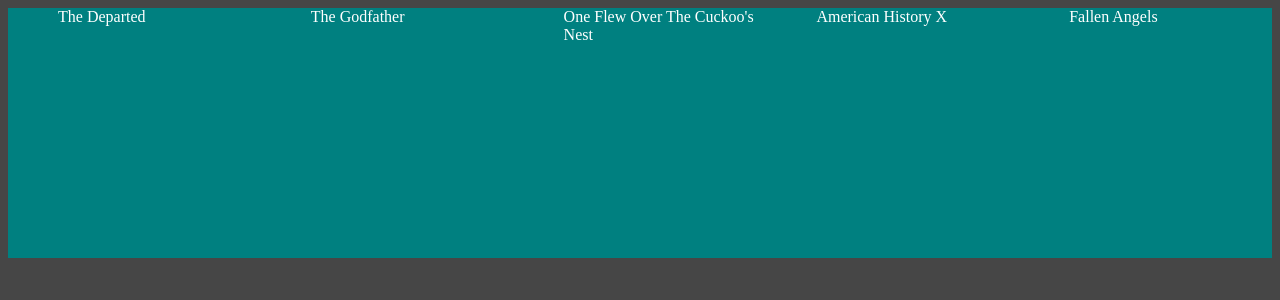
Repository: nishit47/merofilmrecs
Page: web_dev/tiles.html
These files come from the project's save history. The page is drawn as it stood at one moment and after the next save; the edit follows.
The browser window is 1280 px wide. The pictures show the whole page.

Above is the page before, as saved 2021-10-06 15:06:06.

After the next save:
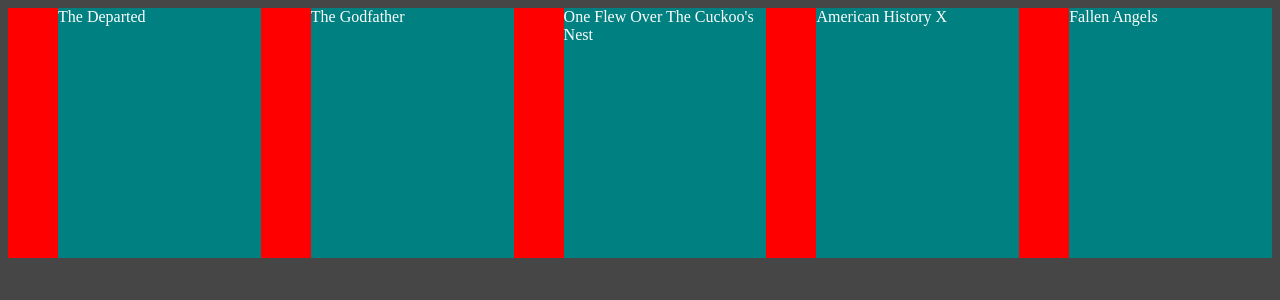
Saved 7 s later.
--- a/web_dev/tiles.html
+++ b/web_dev/tiles.html
@@ -11,7 +11,7 @@
     .movietiles{
         color: white;
         display: flex;
-        background-color: teal;
+        background-color: red;
     }
     .movieitem{
         width: 250px;
